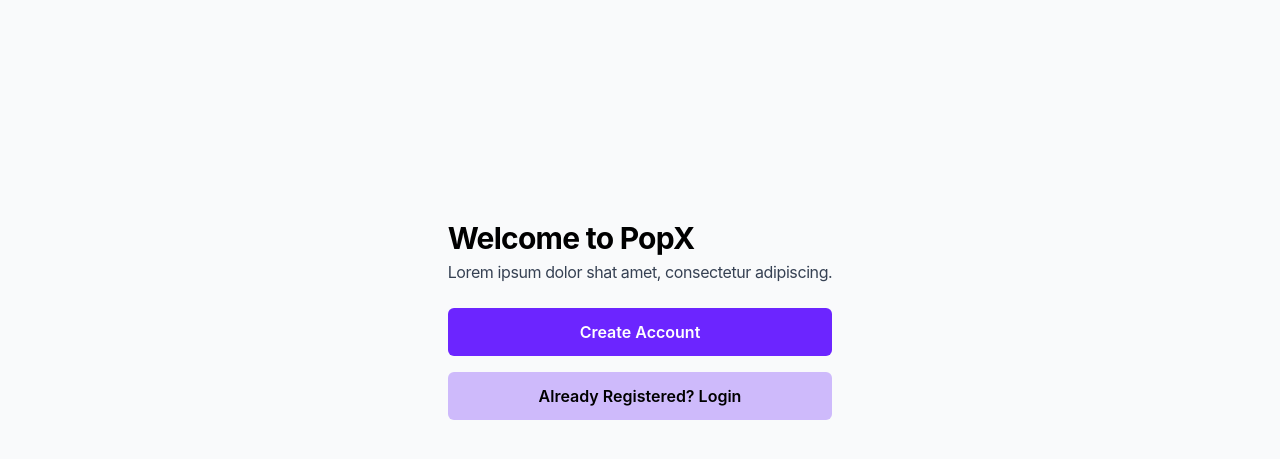
Repository: tanayburbure/inter
Page: /
The author's editor kept a copy of each file at every save. The page is drawn from the files as they stood at one save, then again after the next save.
The browser window is 1280 px wide. The pictures show the whole page.
The project was rebuilt for these pictures with package versions that can differ from the ones it lists, and the page was loaded fresh each time. Also part of the build but not shown: vite.config.js, src/pages/Login.jsx, src/pages/Signup.jsx, src/pages/Account.jsx.

Above is the page before, as saved 2025-06-17 22:37:34.

After the next save:
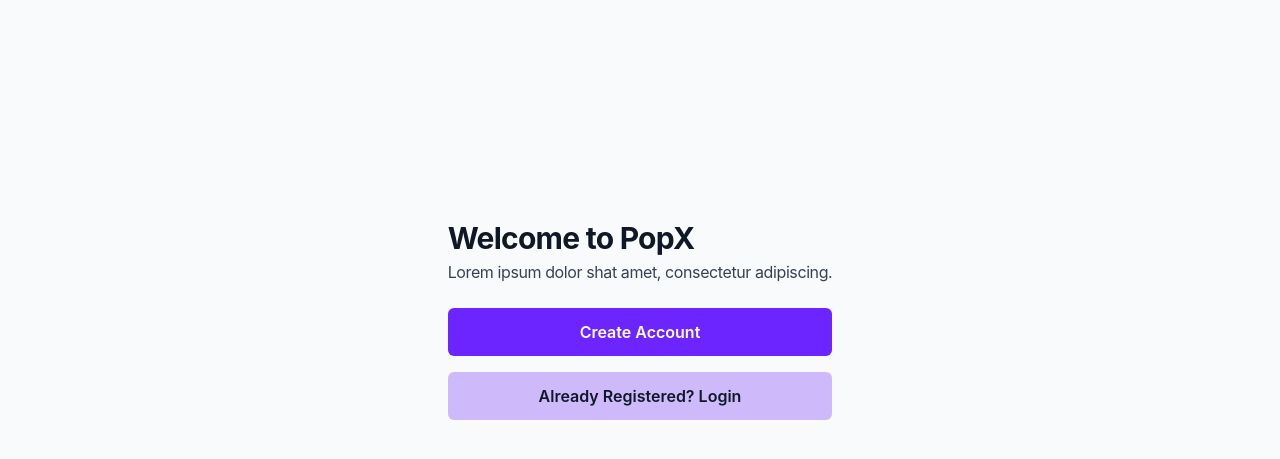
Saved 2 min 9 s later.
--- a/src/App.jsx
+++ b/src/App.jsx
@@ -1,22 +1,49 @@
-// App.jsx
 import React from "react";
-import { BrowserRouter as Router, Routes, Route } from "react-router-dom";
+import { BrowserRouter as Router, Routes, Route, useLocation, useNavigate } from "react-router-dom";
 import Welcome from "./pages/Welcome";
 import Login from "./pages/Login";
 import Signup from "./pages/Signup";
 import Account from "./pages/Account";
 import { UserProvider } from "./pages/UserContex";
 
+// BackButton Component (only hidden on Welcome page)
+function BackButton() {
+  const location = useLocation();
+  const navigate = useNavigate();
+
+  // Hide on Welcome page
+  if (location.pathname === "/") return null;
+
+  return (
+    <button
+      onClick={() => navigate(-1)}
+      className="absolute top-4 left-4 px-4 py-2 bg-white border border-gray-300 rounded shadow text-sm hover:bg-gray-50"
+    >
+      ← Back
+    </button>
+  );
+}
+
+// AppContent separated to use Router hooks
+function AppContent() {
+  return (
+    <div className="relative min-h-screen bg-gray-100 text-gray-900">
+      <BackButton />
+      <Routes>
+        <Route path="/" element={<Welcome />} />
+        <Route path="/login" element={<Login />} />
+        <Route path="/signup" element={<Signup />} />
+        <Route path="/account" element={<Account />} />
+      </Routes>
+    </div>
+  );
+}
+
 export default function App() {
   return (
     <UserProvider>
       <Router>
-        <Routes>
-          <Route path="/" element={<Welcome />} />
-          <Route path="/login" element={<Login />} />
-          <Route path="/signup" element={<Signup />} />
-          <Route path="/account" element={<Account />} />
-        </Routes>
+        <AppContent />
       </Router>
     </UserProvider>
   );
